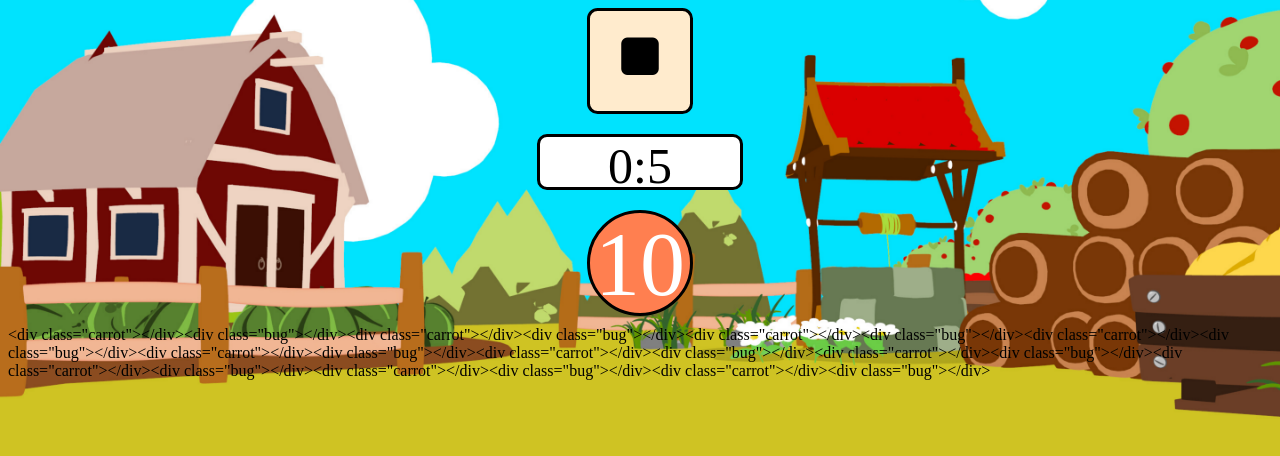
Repository: rumor1993/DreamCoding-Browser101
Page: Chapter07/index.html
The author's editor kept a copy of each file at every save. The page is drawn from the files as they stood at one save, then again after the next save.
The browser window is 1280 px wide. The pictures show the whole page.
Some web libraries are served in a nearby version.

Above is the page before, as saved 2021-01-01 14:07:12.

After the next save:
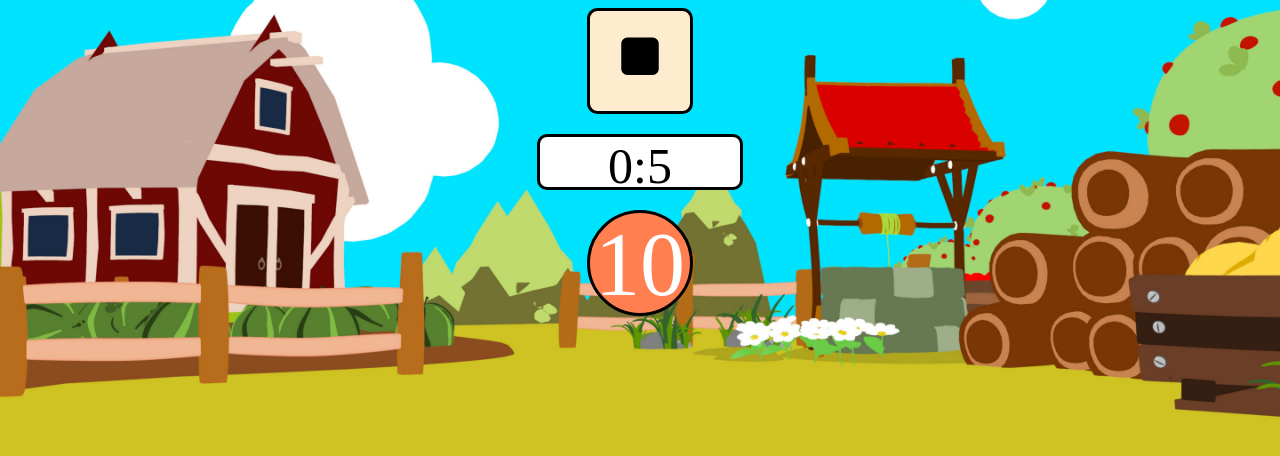
Console error: TypeError: body.innerHTML is not a function
Saved 15 s later.
--- a/Chapter07/index.js
+++ b/Chapter07/index.js
@@ -11,7 +11,7 @@
 
 function createCarrot() {
   const carrotObj = `<div class="carrot"></div>`;
-  body.append(carrotObj);
+  body.innerHTML(carrotObj);
 }
 
 function createBug() {

After the save that followed:
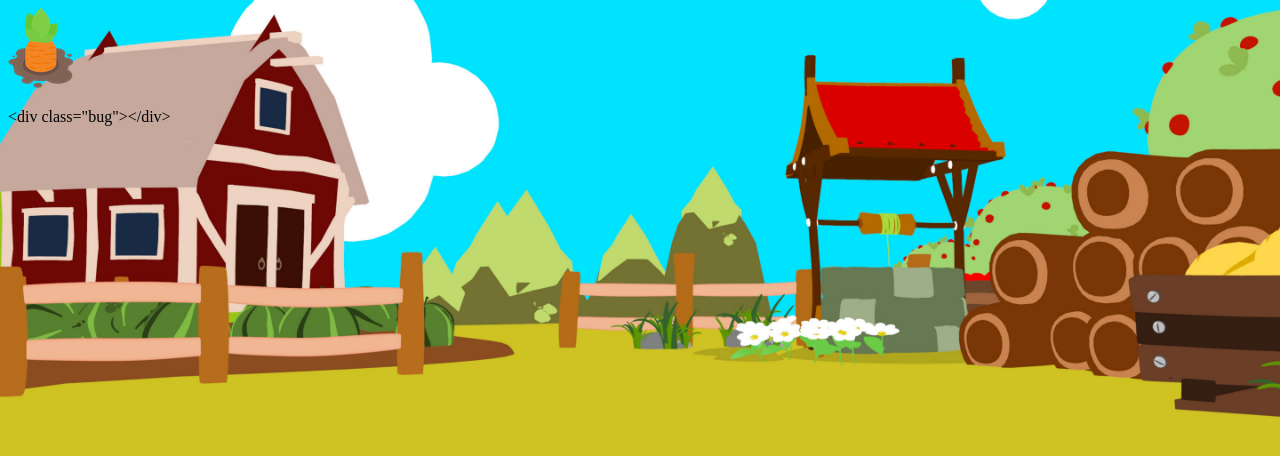
The error is gone.
Saved 11 s later.
--- a/Chapter07/index.js
+++ b/Chapter07/index.js
@@ -11,7 +11,7 @@
 
 function createCarrot() {
   const carrotObj = `<div class="carrot"></div>`;
-  body.innerHTML(carrotObj);
+  body.innerHTML = carrotObj;
 }
 
 function createBug() {
